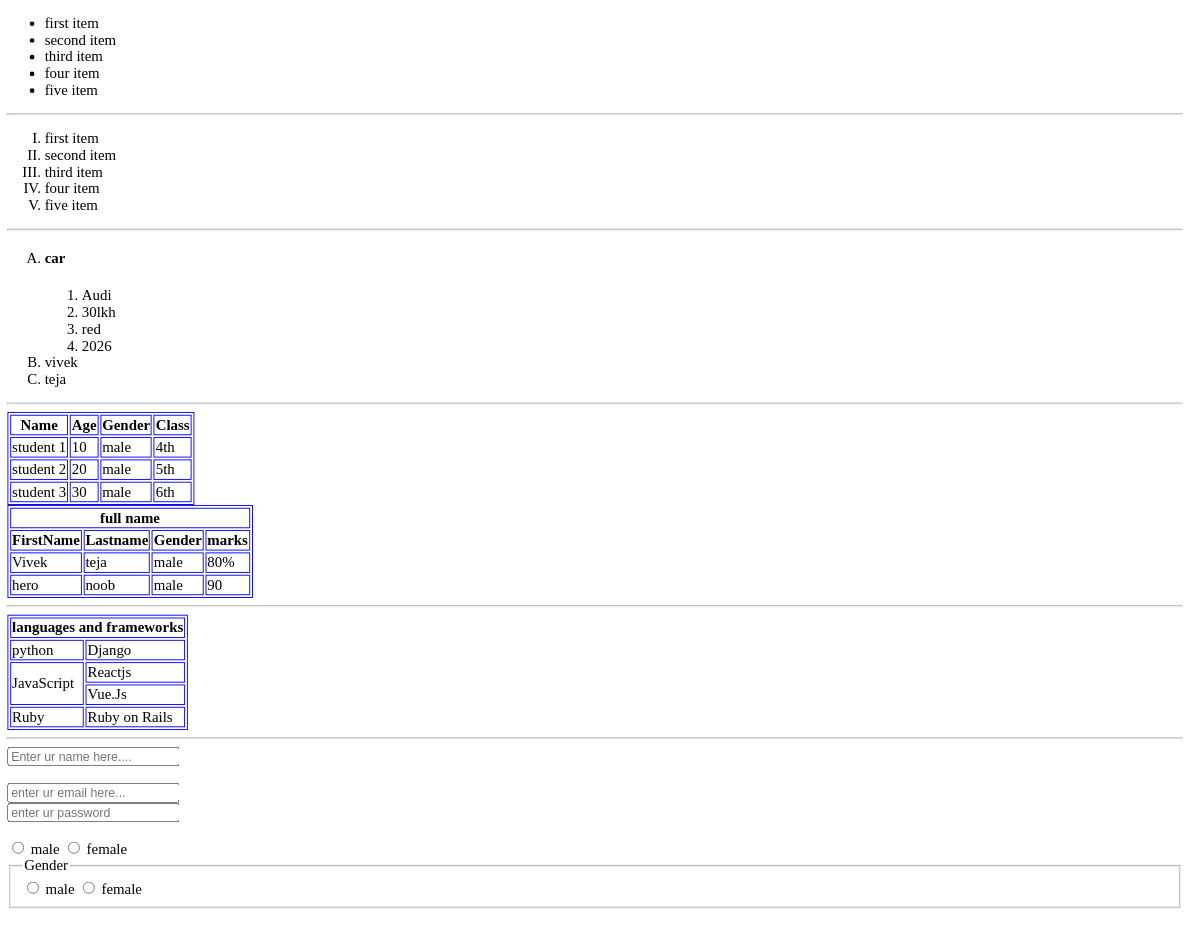
Repository: viveknaidu007/repo-166-Full-Stack-Development-Learning-Notes-Innomatics-2024
Page: module_1-html,css,bootstrap/spet_20_2024/index.html
These files come from the project's save history. The page is drawn as it stood at one moment and after the next save; the edit follows.
The browser window is 1280 px wide. The pictures show the whole page, at 93% of full size.

Above is the page before, as saved 2024-09-21 14:31:23.

After the next save:
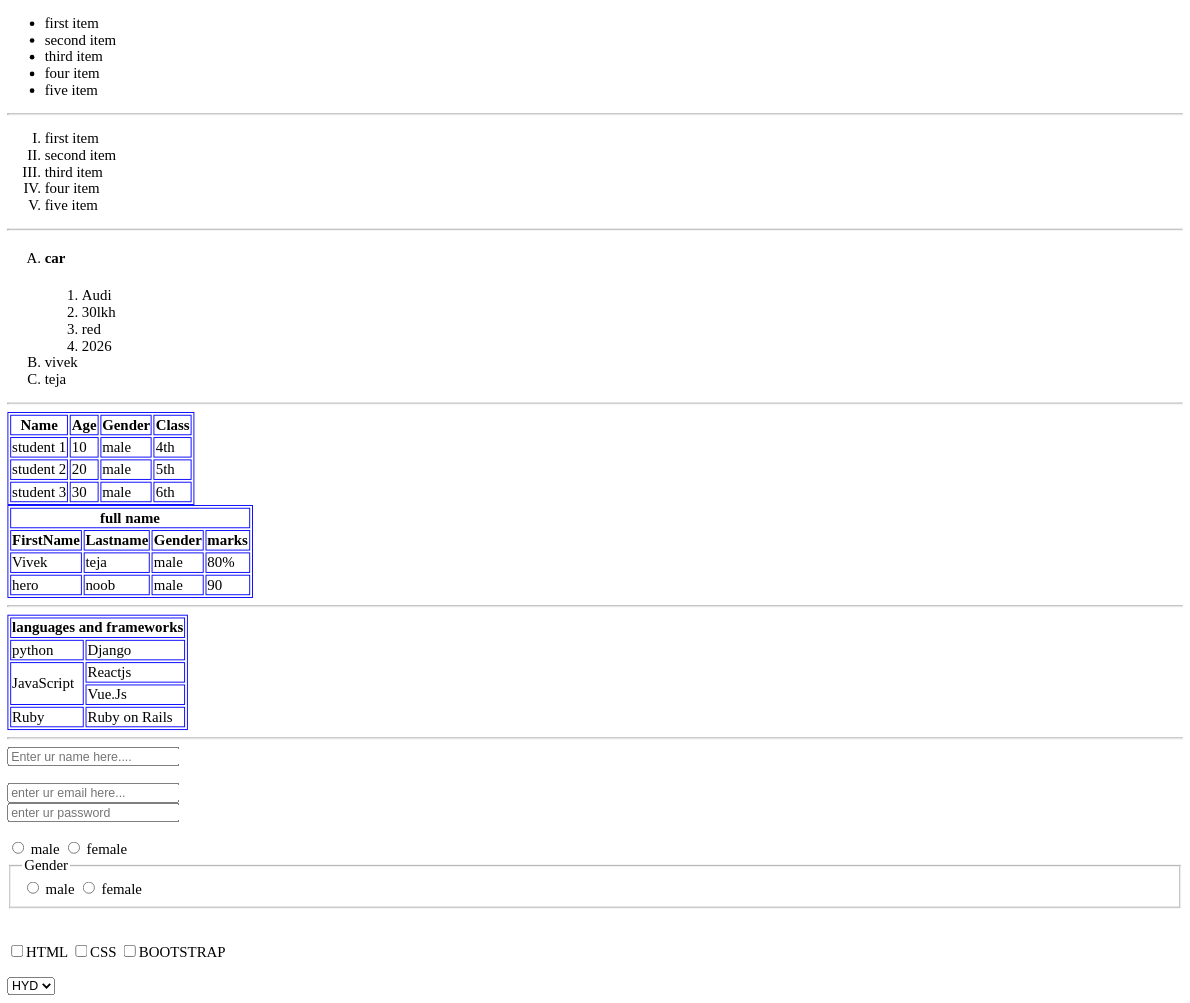
Saved 6 min 35 s later.
--- a/module_1-html,css,bootstrap/spet_20_2024/index.html
+++ b/module_1-html,css,bootstrap/spet_20_2024/index.html
@@ -147,5 +147,16 @@
         female
     </fieldset>
     <br>
+    <br>
+    <input type="checkbox" name="" id="">HTML
+    <input type="checkbox" name="" id="">CSS
+    <input type="checkbox" name="" id="">BOOTSTRAP
+    <br> <br>
+    <select name="" id="">
+        <option value="">HYD</option>
+        <option value="">MI</option>
+        <option value="">kl</option>
+        <option value="">mn</option>
+    </select>
 </body>
 </html>
